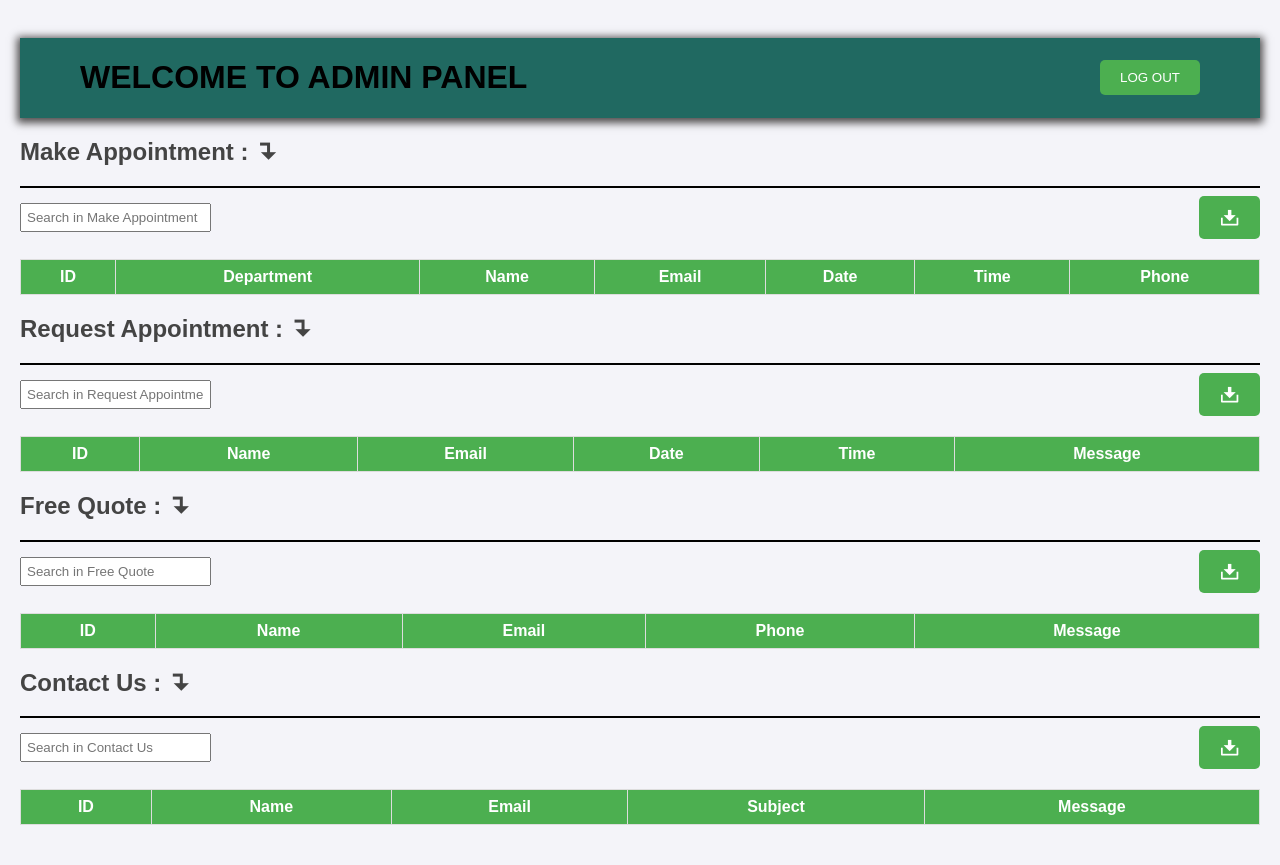
Repository: GauraVPandeyyy/Final-Neuro-dentica
Page: http://localhost/Admin-Panel/dashboard.php
The author's editor kept a copy of each file at every save. The page is drawn from the files as they stood at one save, then again after a run of saves.
The browser window is 1280 px wide. The pictures show the whole page.
Some web fonts or font styles are not loaded; a fallback is used. Some web libraries are served in a nearby version. The page is run by PHP 8.4 with error messages shown; the project is at /var/www/html/. The session is filled in as if someone had signed in: {"admin_logged_in": true, "adminLoggedIn": "testuser"}. Queries for data that is not in the repository find no rows.

Above is the page before, as saved 2024-12-11 16:03:06.

After the next 3 saves:
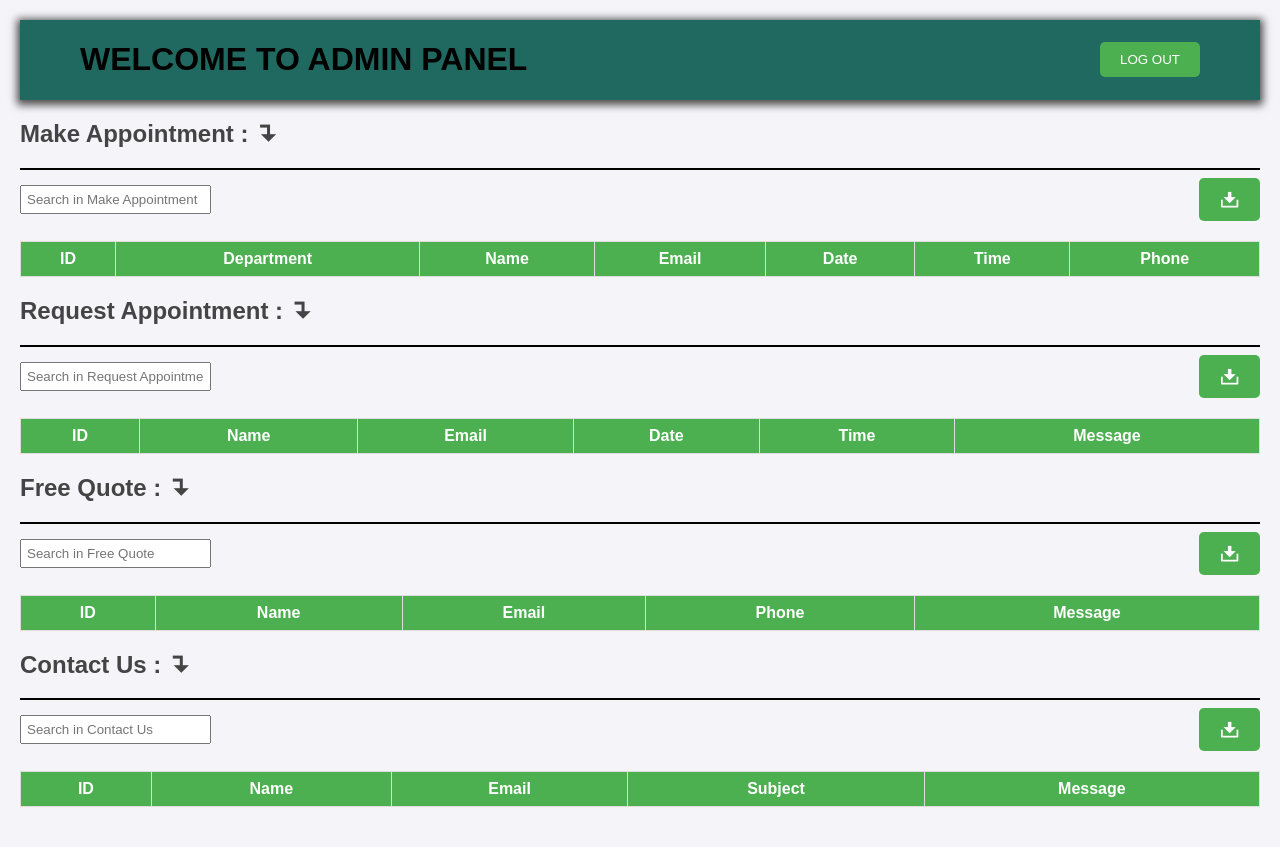
The 3 saves are shown as one change because they came seconds apart.
The last was saved 13 s later.
--- a/Admin-Panel/dashboard.php
+++ b/Admin-Panel/dashboard.php
@@ -21,7 +21,6 @@ $contact_us_data = $conn->query($contact_us_query);
 
 <!DOCTYPE html>
 <html lang="en">
-<img src="" alt="">
 <head>
     <meta charset="UTF-8">
     <title>Admin Dashboard</title>
